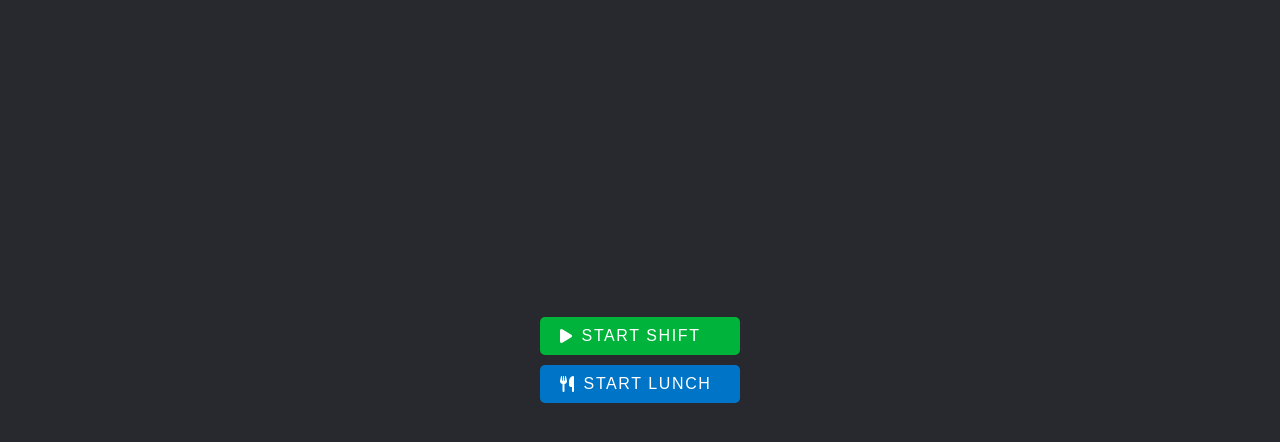
Repository: Philip-Rogers/button-state
Page: experiment.html
An editor plug-in stored every save of this project. The page is shown before and after a run of saves, followed by the edit.
The browser window is 1280 px wide. The pictures show the whole page.

Above is the page before, as saved 2024-08-14 15:19:19.

### experiment.html
<!DOCTYPE html>
<html lang="en">

<head>
    <meta charset="UTF-8">
    <meta name="viewport" content="width=device-width, initial-scale=1.0">
    <title>Shift and Lunch Toggle Buttons</title>
    <link rel="stylesheet" href="index.css">
    <link rel="stylesheet" href="https://cdnjs.cloudflare.com/ajax/libs/font-awesome/6.5.1/css/all.min.css"
        integrity="sha512-DTOQO9RWCH3ppGqcWaEA1BIZOC6xxalwEsw9c2QQeAIftl+Vegovlnee1c9QX4TctnWMn13TZye+giMm8e2LwA=="
        crossorigin="anonymous" referrerpolicy="no-referrer" />
</head>

<body>

    <!-- Container to hold both buttons -->
    <div class="button-container">
        <!-- Shift Button -->
        <button id="shiftButton" class="toggle-button" onclick="toggleShift()">
            <i class="fa fa-play"></i> Start Shift
        </button>

        <!-- Lunch Button -->
        <button id="lunchButton" class="toggle-button" onclick="toggleLunch()">
            <i class="fa fa-utensils"></i> Start Lunch
        </button>
    </div>

    <script>
        let shiftState = 'start'; // Tracks the state of the Shift button
        let lunchState = 'start'; // Tracks the state of the Lunch button

        // Function to toggle the Shift button text and color
        function toggleShift() {
            const shiftButton = document.getElementById('shiftButton');

            if (shiftState === 'start') {
                shiftButton.innerHTML = '<i class="fa fa-stop"></i> Stop Shift';
                shiftButton.style.backgroundColor = 'hsl(354, 70%, 54%)'; // Red for Stop Shift
                shiftState = 'stop';
            } else {
                shiftButton.innerHTML = '<i class="fa fa-play"></i> Start Shift';
                shiftButton.style.backgroundColor = 'hsl(140, 100%, 35%)'; // Green for Start Shift
                shiftState = 'start';
            }
        }

        // Function to toggle the Lunch button text and color
        function toggleLunch() {
            const shiftButton = document.getElementById('shiftButton');
            const lunchButton = document.getElementById('lunchButton');

            if (lunchState === 'start') {
                lunchButton.innerHTML = '<i class="fa fa-stop"></i> Stop Lunch';
                lunchButton.style.backgroundColor = 'hsl(354, 70%, 54%)'; // Red for Stop Lunch

                if (shiftState === 'stop') {
                    shiftButton.style.backgroundColor = 'grey'; // Grey out the Stop Shift button
                    shiftButton.disabled = true; // Disable the Stop Shift button
                }

                lunchState = 'stop';
            } else {
                lunchButton.innerHTML = '<i class="fa fa-utensils"></i> Start Lunch';
                lunchButton.style.backgroundColor = 'hsl(205, 100%, 39%)'; // Blue for Start Lunch

                if (shiftState === 'stop') {
                    shiftButton.style.backgroundColor = 'hsl(354, 70%, 54%)'; // Restore the red color for Stop Shift
                    shiftButton.disabled = false; // Re-enable the Stop Shift button
                }

                lunchState = 'start';
            }
        }
    </script>

</body>

</html>

### index.css
body {
    background-color: hsl(225, 9%, 17%);
    margin: auto;
    display: flex;
    justify-content: center;
    align-items: center;
    height: 100vh;
    margin: 0;
}

button {
    font-size: 1.25em;
    display: block;
    border-radius: 5px;
    /* background-color: hsl(205, 100%, 39%); */
    background-color: hsl(140, 100%, 35%);
    /* Green for Start Shift */
    color: hsl(354, 70%, 100%);
    padding: 1em 1.25em;
    width: 300px;
    cursor: pointer;
    border: none;
    text-transform: uppercase;
    letter-spacing: 0.1em;
    transition: all .2s ease-in-out;
    /* -webkit-box-reflect: below 10px linear-gradient(transparent, transparent, #0004); */
}


#shiftButton i {
    margin-right: 8px;
}

#shiftButton.stopShift {
    background-color: hsl(354, 70%, 54%);
    /* Red for Stop Shift */
}







/* Container for the buttons to ensure they stack vertically */
.button-container {
    display: flex;
    flex-direction: column;
    align-items: flex-start;
    /* Align buttons to the start of the container */
    gap: 10px;
    /* Space between the buttons */
}

/* Style for the toggle buttons */
.toggle-button {
    color: white;
    background-color: hsl(140, 100%, 35%);
    /* Default green for Start Shift */
    border: none;
    padding: 10px 20px;
    font-size: 16px;
    cursor: pointer;
    display: flex;
    align-items: center;
    width: 200px;
    /* Fixed width for consistency */
}

#lunchButton {
    background-color: hsl(205, 100%, 39%);
    /* Default blue color for Start Lunch */
}

.toggle-button i {
    margin-right: 8px;
}

.toggle-button:disabled {
    cursor: not-allowed;
    opacity: 0.6;
}

After the next 2 saves:
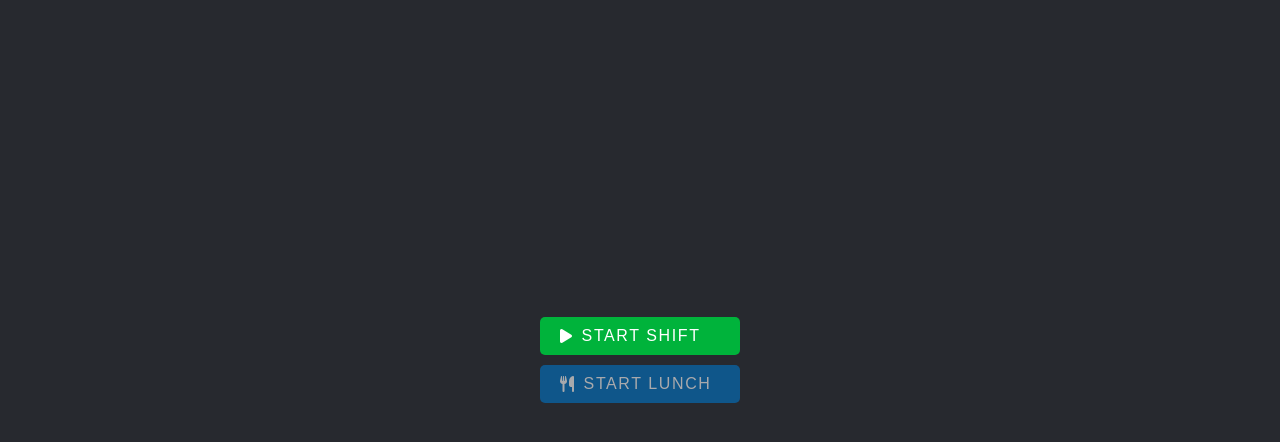
The 2 saves are shown as one change because they came seconds apart.
The last was saved 24 min 43 s later.
--- a/experiment.html
+++ b/experiment.html
@@ -21,7 +21,7 @@
         </button>
 
         <!-- Lunch Button -->
-        <button id="lunchButton" class="toggle-button" onclick="toggleLunch()">
+        <button id="lunchButton" class="toggle-button" onclick="toggleLunch()" disabled>
             <i class="fa fa-utensils"></i> Start Lunch
         </button>
     </div>
@@ -33,15 +33,21 @@
         // Function to toggle the Shift button text and color
         function toggleShift() {
             const shiftButton = document.getElementById('shiftButton');
+            const lunchButton = document.getElementById('lunchButton');
 
             if (shiftState === 'start') {
                 shiftButton.innerHTML = '<i class="fa fa-stop"></i> Stop Shift';
                 shiftButton.style.backgroundColor = 'hsl(354, 70%, 54%)'; // Red for Stop Shift
                 shiftState = 'stop';
+                lunchButton.disabled = false; // Enable the Lunch button when Shift is started
             } else {
                 shiftButton.innerHTML = '<i class="fa fa-play"></i> Start Shift';
                 shiftButton.style.backgroundColor = 'hsl(140, 100%, 35%)'; // Green for Start Shift
                 shiftState = 'start';
+                lunchButton.disabled = true; // Disable the Lunch button when Shift is stopped
+                lunchButton.innerHTML = '<i class="fa fa-utensils"></i> Start Lunch'; // Reset Lunch button text
+                lunchButton.style.backgroundColor = 'hsl(205, 100%, 39%)'; // Reset Lunch button color
+                lunchState = 'start'; // Reset Lunch button state
             }
         }
 
@@ -52,7 +58,7 @@
 
             if (lunchState === 'start') {
                 lunchButton.innerHTML = '<i class="fa fa-stop"></i> Stop Lunch';
-                lunchButton.style.backgroundColor = 'hsl(354, 70%, 54%)'; // Red for Stop Lunch
+                lunchButton.style.backgroundColor = 'grey'; // Grey for Stop Lunch
 
                 if (shiftState === 'stop') {
                     shiftButton.style.backgroundColor = 'grey'; // Grey out the Stop Shift button
